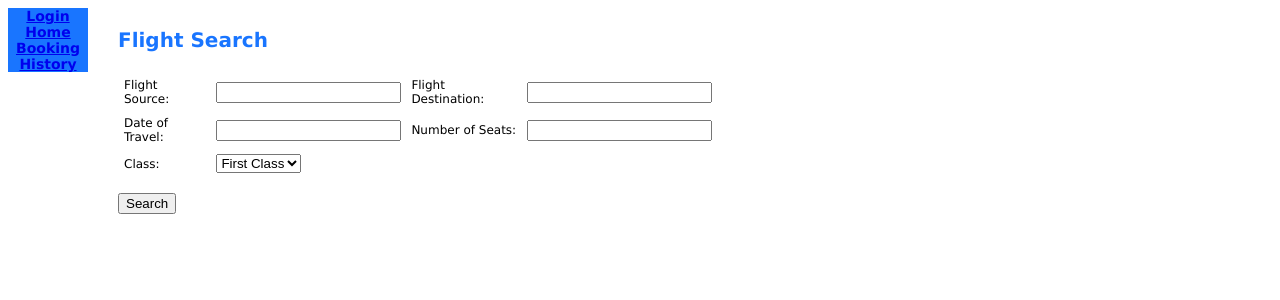
Repository: jliu9000/CSE-464---Flight-Pages
Page: http://localhost/HW1/FlightSearch.jsp
The author's editor kept a copy of each file at every save. The page is drawn from the files as they stood at one save, then again after the next save.
The browser window is 1280 px wide. The pictures show the whole page.
Some web libraries are served in a nearby version. The page is served by Tomcat 9. Other server files are loaded and not shown.

Above is the page before, as saved 2014-09-25 02:06:36.

### HW1/WebContent/FlightSearch.jsp
<%@ page language="java" contentType="text/html; charset=ISO-8859-1"
    pageEncoding="ISO-8859-1"%>
<!DOCTYPE html PUBLIC "-//W3C//DTD HTML 4.01 Transitional//EN" "http://www.w3.org/TR/html4/loose.dtd">
<html>
<head>
<script src="http://ajax.googleapis.com/ajax/libs/jquery/1.11.1/jquery.min.js"></script>
<meta http-equiv="Content-Type" content="text/html; charset=ISO-8859-1">
<link rel="stylesheet" type="text/css" href="CSS/FlightStyles.css">
<title>Flight Search</title>
</head>


<body>
	<div id='sidebar' class='sidebar'>
        <script>
            $('#sidebar').load('sidebar.html');
        </script>
	</div>

	<div class='main'>
		<p class="PageTitle">Flight Search</p>

		<form name="SearchFlights" action='FlightSearchResults.jsp' method=get>
			<table width=600>
				<tr>
					<TD>Flight Source:</td><td> <input type="text" name="sSource"></TD>
					<td>Flight Destination:</td><td>  <input type="text" name="sDestination"></td>
				</tr>
				<tr>
					<td>Date of Travel: </td><td> <input type="text" name="sDate"></td>
					<td>Number of Seats: </td><td> <input type="text" name="nSeats"></td>
				</tr>
				<tr>
					<td>Class:</td>
					<td>
						<select name="class">
						<option value="first">First Class</option>
						<option value="business">Business</option>
						<option value="economy">Economy</option>
						</select>
					</td>
				</tr>
			</table>
			<br>
			<input type="submit" value="Search">

		</form>

	</div>


</body>
</html>

### HW1/WebContent/CSS/FlightStyles.css
@CHARSET "ISO-8859-1";

body {
	font-family: "Verdana";
	font-size:12px;

}

div.sidebar {
	color:white;
	border-style:none;
	float:left;
	text-align:center;
	width: 110px;
}
div.main {
	float: left;
}

ul {
	font-size:14px;
	list-style-type: none;
	margin: 0;
    padding: 0;
	width: 80px;
	height: 25px;
}

a.sidebar {
	font-weight:bold;
	color:white;
	display: block;
}

a:visited {
	font-weight:bold;
    color:gray;
}


a:hover {
	font-weight:bold;
    color:red;
}

li {
	background-color:#1975FF;
	font-weight:bold;
}

p {
    font-size: 12px;

}

p.PageTitle {
    font-size: 20px;
    color: #1975FF;
    font-weight: bold;
}

p.subheading {

	font-size: 16px;
	color: #5858DA;
}

p.message {
	color: red;
	text-align: center;
}

table {


}

th {
    background-color: #1975FF;
    color: white;
    padding: 4px;
    padding-left: 8px;
	padding-right: 8px;

}

tr {
}

tr.repeatalt {

	padding: 2px;
	padding-left: 5px;
	padding-right: 5px;
	background-color: #E6E6E6;

}

tr.repeat {
	padding: 2px;
	padding-left: 5px;
	padding-right: 5px;

}

td.button{
	text-align: center;
}

td{
	text-align: left;
	padding: 4px;

}

td.key{
	font-weight: bold;
}




#login {
    font-size:12px;
}

### HW1/WebContent/sidebar.html
<!DOCTYPE html PUBLIC "-//W3C//DTD HTML 4.01 Transitional//EN" "http://www.w3.org/TR/html4/loose.dtd">
<html>
<head>
<meta http-equiv="Content-Type" content="text/html; charset=ISO-8859-1">
<link rel="stylesheet" type="text/css" href="CSS/FlightStyles.css">



</head>
<body>



		<ul class="sidebar">
			<li><a href="Login.jsp">Login</a></li>
			<li></li>
			<li><a href="FlightSearch.jsp">Home</a></li>
			<li><a href="BookingHistory.jsp">Booking History</a></li>
			<li></li>
		</ul>


</body>
</html>

After the next save:
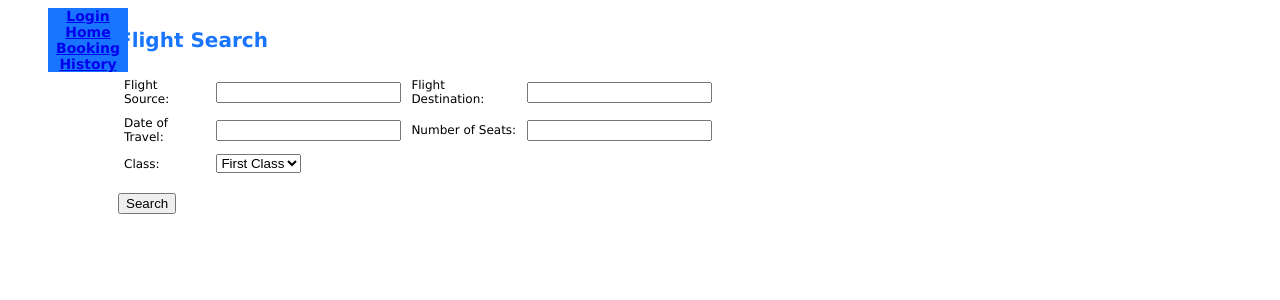
Saved 26 s later.
--- a/HW1/WebContent/CSS/FlightStyles.css
+++ b/HW1/WebContent/CSS/FlightStyles.css
@@ -21,7 +21,7 @@ ul {
 	font-size:14px;
 	list-style-type: none;
 	margin: 0;
-    padding: 0;
+    padding: 20;
 	width: 80px;
 	height: 25px;
 }
